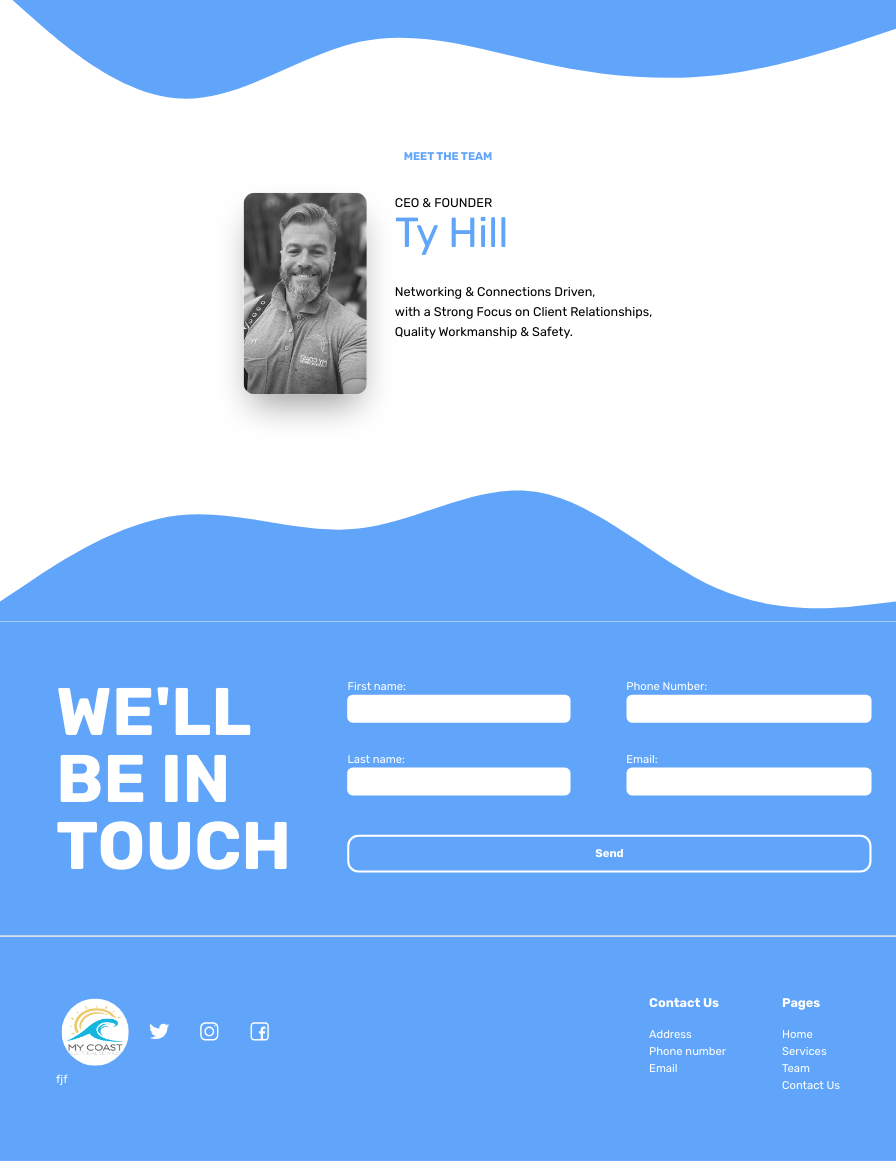
Repository: Jace-Kington/mce-website
Page: /
An editor plug-in stored every save of this project. The page is shown before and after the next save, followed by the edit.
The browser window is 1280 px wide. The pictures show the part of the page from y = 1638 to 3558 px (the page is 3297 px tall before and 3558 px after), at 70% of full size.
The project was rebuilt for these pictures with package versions that can differ from the ones it lists, and the page was loaded fresh each time. The framework's server and built-in components were replaced by stand-ins that run in the browser. Also part of the build but not shown: next.config.js.

Above is the page before, as saved 2022-11-12 14:40:50.

### pages/index.js

import Navbar from '../components/Navbar'
import Services from '../components/Services'
import MeetUs from '../components/Meet-us'
import ContactUs from '../components/ContactUs'
import Footer from '../components/Footer'

export default function Home() {
  return (
    <div>
      <head>
        <link rel="preconnect" href="https://fonts.googleapis.com"/>
        <link rel="preconnect" href="https://fonts.gstatic.com" crossorigin/>
        <link href="https://fonts.googleapis.com/css2?family=Rubik:ital,wght@0,400;0,500;0,700;0,900;1,800;1,900&display=swap" rel="stylesheet"/>
        <meta charset="UTF-8"/>
        <meta name="viewport" content="width=device-width, initial-scale=1.0, user-scalable=0"/>
        <title>My Coat Electrical</title>
      </head>
      <Navbar/>
      <Services/>
      <MeetUs/>
      <ContactUs/>
      <Footer/>
    </div>
  )
}

### styles/globals.css
@tailwind base;
@tailwind components;
@tailwind utilities;

* {
  font-family: 'Rubik';
}

### components/Navbar.jsx
import React from 'react'
import Image from 'next/image'
import image_2 from '../assets/logo-1.png'
import HamburgerMenu from './Hamburger'
import Link from 'next/link'

const Navbar = () => {
  return (
    <div className=''>
      <div className='flex justify-between items-center md:hidden'>
      <Image alt = "" src={image_2} className='rounded-full p-2 h-28 w-28' />

        <HamburgerMenu className = ''/>
      </div>

      <div className='md:flex hidden justify-between items-center ml-5 mr-5'>
        <Image alt = "" src={image_2} className='rounded-full p-2 h-28 w-28' />
        <div className='flex gap-10 items-center'>
          <a className='hover:text-blue-400 transition ease-in' href='#services-section'>
            Services
          </a>

          <a className='hover:text-blue-400 transition ease-in ' href="#meet-us">
            Team
          </a>

          <div className=''>
            <a className='bg-blue-400 hover:bg-blue-500 transition ease-in rounded-2xl p-3' href="#contact-us">
              <span className='text-white'>Enquire Now</span>
            </a>
          </div>

        </div>
      </div>

      <div className='sm:grid sm:grid-cols-2'>
        <div className='text-center sm:text-left text-blue-400 mt-12 ml-0 sm:ml-12'>
          <div className='text-5xl sm:text-7xl'>
            The Best
          </div>
          <strong className='text-5xl sm:text-7xl'>Trade Services</strong>
          <div className='text-5xl sm:text-7xl'>
            On the Sunny Coast
          </div>

          <div className='outline-rounded mt-12 bg-white'>
            <a  style = {{'border-width': '4px', 'border-color': '#60a5fa'}} className='rounded-2xl hover:bg-blue-400 hover:text-white transition p-4' href="#contact-us">
              Get Started
            </a>
          </div>
        </div>
        <div className='md:flex hidden'>
            <Image src={image_2} alt= ""/>
        </div>
      </div>
      <svg xmlns="http://www.w3.org/2000/svg" viewBox="0 0 1440 320"><path fill="#60a5fa" fill-opacity="1" d="M0,192L48,186.7C96,181,192,171,288,160C384,149,480,139,576,144C672,149,768,171,864,197.3C960,224,1056,256,1152,261.3C1248,267,1344,245,1392,234.7L1440,224L1440,320L1392,320C1344,320,1248,320,1152,320C1056,320,960,320,864,320C768,320,672,320,576,320C480,320,384,320,288,320C192,320,96,320,48,320L0,320Z"></path></svg>
    </div>
  )
}

export default Navbar

### components/Services.tsx
import React from 'react'

const Services = () => {
  return (
    <div id = 'services-section' className = 'bg-blue-400'>
        <div className = 'text-white text-center font-semibold text-lg uppercase underline-offset-1'>Our Services</div>
        <div className = 'grid grid-cols-2 m-10'>
            <div className = ''>
                <div className = 'text-white text-3xl sm:text-6xl font-bold'>Commercial</div>
                <div className = 'text-white text-lg'>Lorem ipsum dolor sit, amet consectetur adipisicing elit. Eaque culpa at enim rem deleniti, doloribus veritatis iusto reiciendis totam cum aliquid tempore adipisci. </div>
            </div>
            <div className = ''>

            </div>
            <div>

            </div>
            <div>
                <div className = 'text-white text-3xl sm:text-6xl font-bold'>Residential</div>
                <div className = 'text-white'>Lorem ipsum dolor sit amet consectetur adipisicing elit. Aperiam sit, est fugiat quis aliquid dolore asperiores velit ducimus </div>
            </div>
        </div>
        <svg className = 'bg-white' xmlns="http://www.w3.org/2000/svg" viewBox="0 0 1440 320">
        <path fill="#60a5fa" fill-opacity="1" d="M0,64L48,106.7C96,149,192,235,288,240C384,245,480,171,576,149.3C672,128,768,160,864,181.3C960,203,1056,213,1152,202.7C1248,192,1344,160,1392,144L1440,128L1440,0L1392,0C1344,0,1248,0,1152,0C1056,0,960,0,864,0C768,0,672,0,576,0C480,0,384,0,288,0C192,0,96,0,48,0L0,0Z"></path>
        </svg>
    </div>
  )
}

export default Services

### components/Meet-us.tsx
import React from 'react'
import Image from 'next/image'
import image_2 from '../assets/ty-photo.png'


const MeetUs = () => {
  return (
    <div id = "meet-us" className = 'max-w-[100%]'>
        <div className = 'text-blue-400 uppercase font-semibold text-center'>Meet the Team</div>

        <div className = 'justify-center flex gap-10 m-10'>
            <div>
              <Image alt = "" className = 'rounded-2xl shadow-2xl shadow-blue-400 grayscale h-72 w-44' src = {image_2}/>
            </div>
            <div>
                <div className = 'uppercase text-lg'>CEO & Founder</div>
                <div className = 'text-6xl text-blue-400 pb-10'>Ty Hill</div>
                <div className = 'text-lg'>
                  <div className = ''>Networking & Connections Driven, </div>
                  <div>with a Strong Focus on Client Relationships,</div>
                  <div>Quality Workmanship & Safety.</div>
                </div>

            </div>
        </div>

        <svg xmlns="http://www.w3.org/2000/svg" viewBox="0 0 1440 320"><path fill="#60a5fa" fill-opacity="1" d="M0,288L48,256C96,224,192,160,288,149.3C384,139,480,181,576,170.7C672,160,768,96,864,112C960,128,1056,224,1152,266.7C1248,309,1344,299,1392,293.3L1440,288L1440,320L1392,320C1344,320,1248,320,1152,320C1056,320,960,320,864,320C768,320,672,320,576,320C480,320,384,320,288,320C192,320,96,320,48,320L0,320Z"></path></svg>
    </div>
  )
}

export default MeetUs

### components/ContactUs.jsx
import React, { useRef } from 'react'
import emailjs from '@emailjs/browser'
import { ToastContainer, toast } from 'react-toastify'
import 'react-toastify/dist/ReactToastify.css'

const ContactUs = () => {
  const toast_success = () => { toast('Email Sent!'); }
  const toast_fail = () => { toast('Error'); }

  const form = useRef();

  const sendEmail = (e) => {
    e.preventDefault();

    emailjs.sendForm('service_16oy9kb', 'template_p83nfjr', form.current, '7jHtCbxop4BW2nz9r')
      .then((result) => {
          console.log(result.text);
          toast_success();
      }, (error) => {
          console.log(error.text);
          toast_fail();
      });
  };

  return (
    <div id = "contact-us" className = 'bg-blue-400'>
        <div className = 'sm:flex'>
          <div className = 'text-white uppercase font-semibold p-20 text-8xl'>
              <div className='md:flex hidden'>We&apos;ll</div>
              <div className='md:flex hidden'>Be In</div>
              <div className='md:flex hidden'>Touch</div>
          </div>
          <div className='text-white uppercase text-center text-4xl font-semibold md:hidden'>
            We&apos;ll Be in Touch
          </div>
          <form ref = {form} onSubmit = {sendEmail} className = 'pt-20 p-5 sm:p-0 sm:pt-20'>
            <div className = 'flex gap-20 '>
              <div className = 'flex flex-col gap-10'>
                <div>
                  <label className = 'text-white' for="fname">First name:</label>
                  <input className = 'rounded-lg p-2 outline-1 outline-white w-full' type="text" id="fname" name="fname"/>
                </div>
                <div>
                  <label className = 'text-white' for="lname">Last name:</label>
                  <input className = 'rounded-lg p-2 outline-1 outline-white w-full' type="text" id="lname" name="lname"/>
                </div>
              </div>
              <div>
              <div className = 'flex flex-col gap-10'>
                <div>
                  <label className = 'text-white' for="phonenumber">Phone Number:</label>
                  <input className = 'rounded-lg p-2 outline-1 outline-white w-full' type="text" id="phonenumber" name="phonenumber"/>
                </div>
                <div>
                  <label className = 'text-white' for="email">Email:</label>
                  <input className = 'rounded-lg p-2 outline-1 outline-white w-full' type="text" id="email" name="email"/>
                </div>
              </div>
              </div>
            </div>

            <div>
              <button style = {{'border-width': '3px', 'border-color': 'white'}} className = 'text-center w-full p-3 rounded-2xl font-semibold hover:text-blue-400 text-white transition ease-in bg-blue-400 hover:bg-white mt-14'>Send</button>
              <ToastContainer
  position="top-right"
  autoClose={5000}
  hideProgressBar={true}
  newestOnTop={false}
  closeOnClick
  rtl={false}
  pauseOnFocusLoss
  draggable
  pauseOnHover
  toastStyle = {{'background-color': 'rgb(34 197 94)', 'color': 'white', 'border-radius': '1rem', 'padding': '15px'}}
  />
            </div>
          </form>
        </div>
      </div>
  )
}

export default ContactUs

### components/Footer.tsx
import React from 'react'
import image_2 from '../assets/logo-1.png'
import Image from 'next/image'

const Footer = () => {
  return (
    <div className = 'border-t-2 pt-4 sm:pt-0 border-gray pb-4 bg-blue-400'>
        <div className = 'flex justify-between text-white p-5 sm:p-20'>
            <div className = ''>
                <div className = 'flex items-center gap-5'>
                <Image alt = "" src= {image_2} className = 'items-start rounded-full p-2 h-28 w-28'/>

                <div className = 'flex-row sm:flex sm:gap-10 text-white'>
                    <svg fill="#fff" xmlns="http://www.w3.org/2000/svg"  viewBox="0 0 16 16" width="32px" height="32px"><path d="M 15 3.296875 C 14.476563 3.523438 13.949219 3.691406 13.367188 3.746094 C 13.949219 3.410156 14.417969 2.84375 14.648438 2.226563 C 14.066406 2.5625 13.484375 2.789063 12.84375 2.902344 C 12.257813 2.339844 11.5 2 10.683594 2 C 9.109375 2 7.824219 3.242188 7.824219 4.765625 C 7.824219 4.988281 7.824219 5.214844 7.882813 5.386719 C 4.875 5.386719 2.8125 3.691406 1.414063 2 C 1.121094 2.394531 1.003906 2.902344 1.003906 3.410156 C 1.003906 4.367188 1.53125 5.214844 2.289063 5.722656 C 1.820313 5.667969 1.355469 5.554688 1.003906 5.386719 C 1.003906 5.386719 1.003906 5.386719 1.003906 5.441406 C 1.003906 6.796875 1.996094 7.921875 3.28125 8.148438 C 3.046875 8.203125 2.8125 8.261719 2.519531 8.261719 C 2.347656 8.261719 2.171875 8.261719 1.996094 8.207031 C 2.347656 9.335938 3.976563 10.632813 5.257813 10.632813 C 4.265625 11.363281 3.34375 12 1.5 12 C 1.265625 12 1.453125 12 1 12 C 2.28125 12.789063 3.800781 13 5.375 13 C 10.683594 13 13.542969 8.769531 13.542969 5.101563 C 13.542969 4.988281 13.542969 4.878906 13.542969 4.765625 C 14.125 4.367188 14.59375 3.863281 15 3.296875"/></svg>
                    <svg fill="#fff" xmlns="http://www.w3.org/2000/svg"  viewBox="0 0 16 16" width="32px" height="32px"><path d="M 4.773438 1 C 2.695313 1 1 2.695313 1 4.773438 L 1 10.230469 C 1 12.304688 2.695313 14 4.773438 14 L 10.230469 14 C 12.304688 14 14 12.304688 14 10.226563 L 14 4.773438 C 14 2.695313 12.304688 1 10.226563 1 Z M 4.773438 2 L 10.226563 2 C 11.765625 2 13 3.234375 13 4.773438 L 13 10.226563 C 13 11.765625 11.765625 13 10.230469 13 L 4.773438 13 C 3.234375 13 2 11.765625 2 10.230469 L 2 4.773438 C 2 3.234375 3.234375 2 4.773438 2 Z M 11.5 3 C 11.222656 3 11 3.222656 11 3.5 C 11 3.777344 11.222656 4 11.5 4 C 11.777344 4 12 3.777344 12 3.5 C 12 3.222656 11.777344 3 11.5 3 Z M 7.5 4 C 5.574219 4 4 5.574219 4 7.5 C 4 9.425781 5.574219 11 7.5 11 C 9.425781 11 11 9.425781 11 7.5 C 11 5.574219 9.425781 4 7.5 4 Z M 7.5 5 C 8.886719 5 10 6.113281 10 7.5 C 10 8.886719 8.886719 10 7.5 10 C 6.113281 10 5 8.886719 5 7.5 C 5 6.113281 6.113281 5 7.5 5 Z"/></svg>
                    <svg fill="#fff" xmlns="http://www.w3.org/2000/svg"  viewBox="0 0 16 16" width="32px" height="32px"><path d="M 3.5 1 C 2.1250151 1 1 2.1250151 1 3.5 L 1 11.5 C 1 12.874985 2.1250151 14 3.5 14 L 11.5 14 C 12.874985 14 14 12.874985 14 11.5 L 14 3.5 C 14 2.1250151 12.874985 1 11.5 1 L 3.5 1 z M 3.5 2 L 11.5 2 C 12.335015 2 13 2.6649849 13 3.5 L 13 11.5 C 13 12.335015 12.335015 13 11.5 13 L 9.9042969 13 L 9.9042969 8.9667969 L 11.300781 8.9667969 L 11.509766 7.3574219 L 9.9042969 7.3574219 L 9.9042969 6.3320312 C 9.9042969 5.8660312 10.034031 5.5488281 10.707031 5.5488281 L 11.566406 5.5488281 L 11.566406 4.109375 C 11.417406 4.089375 10.907453 4.046875 10.314453 4.046875 C 9.0764531 4.046875 8.2304688 4.795875 8.2304688 6.171875 L 8.2304688 7.3574219 L 7 7.3535156 L 7 8.9628906 L 8.2304688 8.9667969 L 8.2304688 13 L 3.5 13 C 2.6649849 13 2 12.335015 2 11.5 L 2 3.5 C 2 2.6649849 2.6649849 2 3.5 2 z"/></svg>
                </div>
                </div>

                <div className = ''>
                    <div>fjf</div>
                </div>
            </div>

            <div className='flex gap-10 sm:gap-20'>
                <div className = ''>
                    <div className = 'text-lg font-bold pb-5'>
                        Contact Us
                    </div>
                    <div>
                        Address
                    </div>
                    <div>
                        Phone number
                    </div>
                    <div>
                        Email
                    </div>
                </div>

                <div>
                    <div className = 'text-lg font-bold pb-5'>
                        Pages
                    </div>

                    <div>
                        Home
                    </div>
                    <div>
                        Services
                    </div>
                    <div>
                        Team
                    </div>
                    <div>
                        Contact Us
                    </div>
                </div>
            </div>
        </div>
    </div>
  )
}

export default Footer

### components/Hamburger.jsx
import Link from 'next/link'
import { slide as Menu } from 'react-burger-menu'

const HamburgerMenu = () => (<div className='relative p-2'>
    <Menu customBurgerIcon={<HamburgerIcon />} width={'auto'} className='left-0 top-12' >
        <Links />
    </Menu>
</div>)

const HamburgerIcon = () => (<div className='p-1/2'><svg className="w-8 h-8 text-gray-500" fill="none" strokeLinecap="round" strokeLinejoin="round" strokeWidth="2" viewBox="0 0 24 24" stroke="currentColor"><path d="M4 6h16M4 12h16M4 18h16"></path></svg></div>)

export const Links = () => (<>
    <Link href="/">Home</Link>
    <Link href="/about">About</Link>
</>)

export default HamburgerMenu

Loaded but not shown: pages/_app.js (common file); tailwind.config.js (common file)

After the next save:
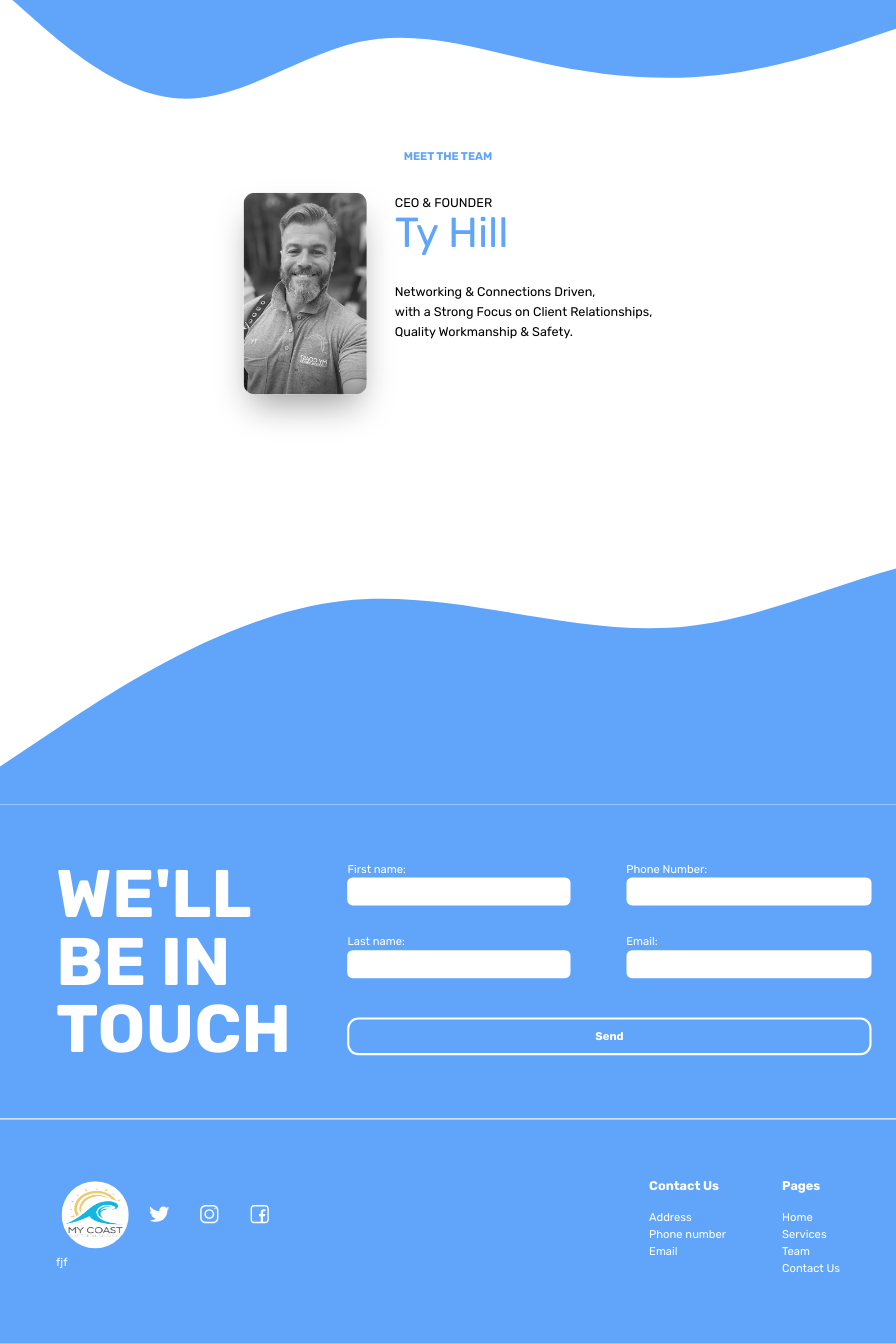
Saved 2 min 19 s later.
--- a/components/Meet-us.tsx
+++ b/components/Meet-us.tsx
@@ -24,7 +24,7 @@
             </div>
         </div>
 
-        <svg xmlns="http://www.w3.org/2000/svg" viewBox="0 0 1440 320"><path fill="#60a5fa" fill-opacity="1" d="M0,288L48,256C96,224,192,160,288,149.3C384,139,480,181,576,170.7C672,160,768,96,864,112C960,128,1056,224,1152,266.7C1248,309,1344,299,1392,293.3L1440,288L1440,320L1392,320C1344,320,1248,320,1152,320C1056,320,960,320,864,320C768,320,672,320,576,320C480,320,384,320,288,320C192,320,96,320,48,320L0,320Z"></path></svg>
+        <svg xmlns="http://www.w3.org/2000/svg" viewBox="0 0 750 320"><path fill="#60a5fa" fill-opacity="1" d="M0,288L48,256C96,224,192,160,288,149.3C384,139,480,181,576,170.7C672,160,768,96,864,112C960,128,1056,224,1152,266.7C1248,309,1344,299,1392,293.3L1440,288L1440,320L1392,320C1344,320,1248,320,1152,320C1056,320,960,320,864,320C768,320,672,320,576,320C480,320,384,320,288,320C192,320,96,320,48,320L0,320Z"></path></svg>
     </div>
   )
 }

After the save that followed:
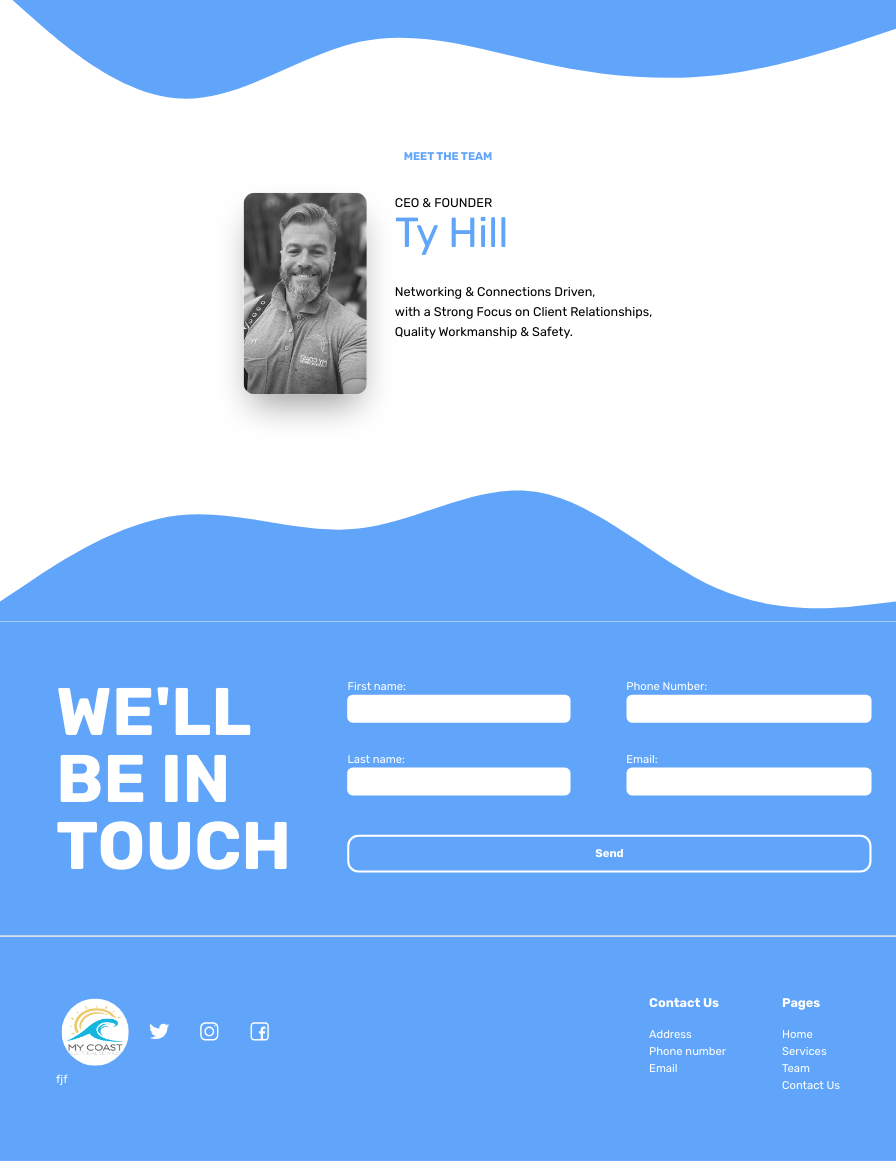
Saved 21 s later.
--- a/components/Meet-us.tsx
+++ b/components/Meet-us.tsx
@@ -24,7 +24,7 @@
             </div>
         </div>
 
-        <svg xmlns="http://www.w3.org/2000/svg" viewBox="0 0 750 320"><path fill="#60a5fa" fill-opacity="1" d="M0,288L48,256C96,224,192,160,288,149.3C384,139,480,181,576,170.7C672,160,768,96,864,112C960,128,1056,224,1152,266.7C1248,309,1344,299,1392,293.3L1440,288L1440,320L1392,320C1344,320,1248,320,1152,320C1056,320,960,320,864,320C768,320,672,320,576,320C480,320,384,320,288,320C192,320,96,320,48,320L0,320Z"></path></svg>
+        <svg xmlns="http://www.w3.org/2000/svg" viewBox="0 0 1440 320"><path fill="#60a5fa" fill-opacity="1" d="M0,288L48,256C96,224,192,160,288,149.3C384,139,480,181,576,170.7C672,160,768,96,864,112C960,128,1056,224,1152,266.7C1248,309,1344,299,1392,293.3L1440,288L1440,320L1392,320C1344,320,1248,320,1152,320C1056,320,960,320,864,320C768,320,672,320,576,320C480,320,384,320,288,320C192,320,96,320,48,320L0,320Z"></path></svg>
     </div>
   )
 }
